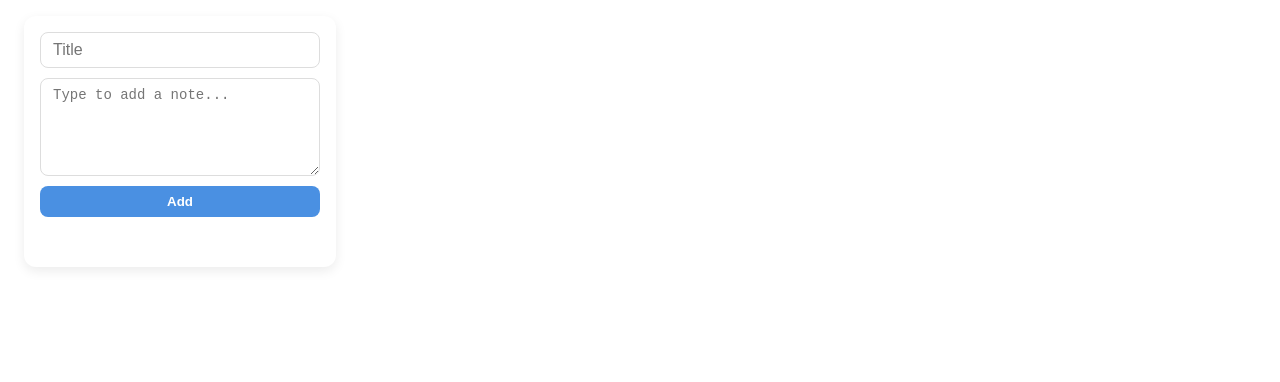
Repository: AJANI2005/Notes-App
Page: /
An editor plug-in stored every save of this project. The page is shown before and after the next save, followed by the edit.
The browser window is 1280 px wide. The pictures show the whole page.
The project was rebuilt for these pictures with package versions that can differ from the ones it lists, and the page was loaded fresh each time. Also part of the build but not shown: vite.config.ts, src/style/dialogbox.css, src/DialogBox.tsx.

Above is the page before, as saved 2025-07-31 18:19:54.

After the next save:
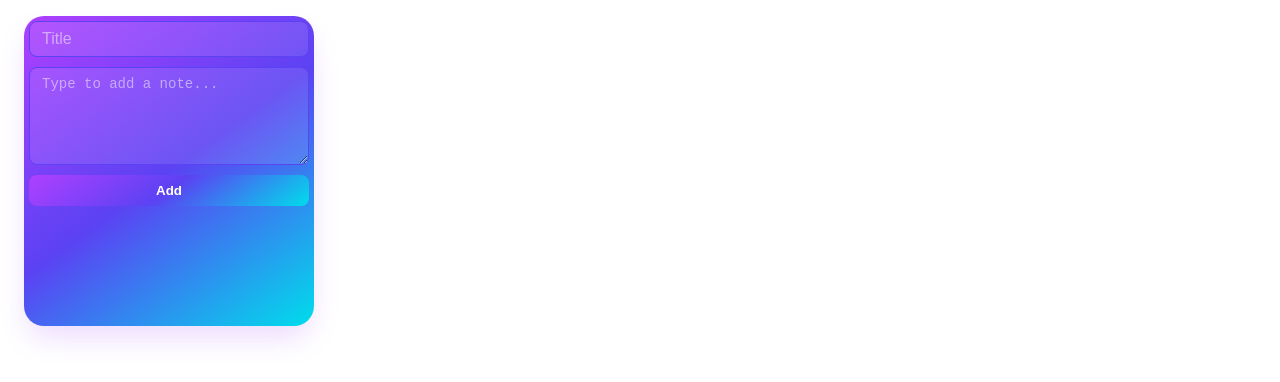
Saved 4 min 46 s later.
--- a/src/style/note.css
+++ b/src/style/note.css
@@ -1,85 +1,110 @@
-/* Container Form */
+/* Outer Note Card - gradient like .card */
 .note {
   display: flex;
   flex-direction: column;
   gap: 10px;
+  padding: 5px; /* leave room for inner card content */
+  width: 280px;
+  height: 300px; /* optional fixed height for card-like look */
+  border-radius: 20px;
+  background-image: linear-gradient(144deg, #AF40FF, #5B42F3 50%, #00DDEB);
+  box-shadow: rgba(151, 65, 252, 0.2) 0 15px 30px -5px;
+  position: relative;
+  margin: 16px;
+  transition: transform 0.2s ease;
+}
+
+.note:hover {
+  transform: translateY(-3px);
+}
+
+/* Inner dark content like .card__content */
+.note-content {
+  background: rgb(5, 6, 45); /* dark inner content */
+  border-radius: 17px;
+  flex: 1;
   padding: 16px;
-  padding-bottom: 50px; /* Extra space for deleteBtn */
-  width: 280px;
-  background-color: #ffffff;
-  border-radius: 12px;
-  box-shadow: 0 4px 12px rgba(0, 0, 0, 0.08);
-  transition: box-shadow 0.2s ease;
-  margin: 16px;
+  display: flex;
+  flex-direction: column;
+  gap: 10px;
+  padding-bottom: 50px; /* make space for delete/edit buttons */
+  color: white;
   position: relative;
 }
 
-.note:hover {
-  box-shadow: 0 6px 16px rgba(0, 0, 0, 0.12);
-}
-
-/* Text input for note name */
+/* Title input */
 .note-title-input {
   padding: 8px 12px;
   font-size: 16px;
   font-weight: 500;
-  border: 1px solid #ddd;
   border-radius: 8px;
+  border: 1px solid #5B42F3;
+  background: rgba(255,255,255,0.1);
+  color: white;
   outline: none;
-  transition: border-color 0.2s;
+  transition: 0.2s;
+}
+
+.note-title-input::placeholder {
+  color: rgba(255,255,255,0.5);
 }
 
 .note-title-input:focus {
-  border-color: #4a90e2;
+  border-color: #00DDEB;
 }
 
-/* Textarea for note content */
+/* Textarea input */
 .note-input {
   min-height: 80px;
   resize: vertical;
   padding: 8px 12px;
   font-size: 14px;
-  border: 1px solid #ddd;
   border-radius: 8px;
+  border: 1px solid #5B42F3;
+  background: rgba(255,255,255,0.1);
+  color: white;
   outline: none;
-  transition: border-color 0.2s;
+  transition: 0.2s;
+}
+
+.note-input::placeholder {
+  color: rgba(255,255,255,0.5);
 }
 
 .note-input:focus {
-  border-color: #4a90e2;
+  border-color: #00DDEB;
 }
 
-/* Add Button */
+/* Add Button - matches gradient theme */
 .addBtn {
-  background-color: #4a90e2;
+  background-image: linear-gradient(144deg, #AF40FF, #5B42F3 50%, #00DDEB);
   color: white;
   border: none;
   padding: 8px 12px;
   border-radius: 8px;
   font-weight: 600;
   cursor: pointer;
-  transition: background-color 0.2s ease;
+  transition: transform 0.2s ease;
 }
 
 .addBtn:hover {
-  background-color: #357abd;
+  transform: scale(1.05);
 }
 
+/* Delete and Edit Buttons */
 .deleteBtn,
 .editBtn {
   position: absolute;
   bottom: 12px;
-
   border: none;
   padding: 6px 10px;
   font-size: 14px;
   border-radius: 6px;
   cursor: pointer;
-  transition: background-color 0.2s ease;
   color: white;
+  transition: transform 0.2s ease, background-color 0.2s ease;
 }
 
-/* Delete button styles */
 .deleteBtn {
   left: 12px;
   background-color: #ff6b6b;
@@ -87,42 +112,41 @@
 
 .deleteBtn:hover {
   background-color: #e63946;
+  transform: scale(1.05);
 }
 
-/* Edit button styles */
 .editBtn {
-  left: 55px; /* sits next to deleteBtn with some gap */
-  background-color: #4ff10f; /* yellow/gold for edit */
-  color: #333; /* dark text for contrast */
+  left: 65px;
+  background-color: #4ff10f;
+  color: #111;
 }
 
 .editBtn:hover {
-  background-color: #49d611
+  background-color: #49d611;
+  transform: scale(1.05);
 }
-
-
 
 /* Title of the note */
 .note-title {
   font-size: 18px;
   font-weight: 600;
-  color: #333;
+  color: white;
   margin-bottom: 8px;
 }
 
 /* Text content of the note */
 .note-text {
   font-size: 14px;
-  color: #555;
+  color: rgba(255,255,255,0.85);
   line-height: 1.5;
-  white-space: pre-wrap; /* show \n as line breaks */
+  white-space: pre-wrap; /* respect \n */
 }
 
-/* Container for all notes */
+/* Grid for all notes */
 .notes-grid {
   display: grid;
-  grid-template-columns: repeat(auto-fill, minmax(250px, 1fr)); /* Responsive columns */
-  gap: 16px; /* Space between notes */
+  grid-template-columns: repeat(auto-fill, minmax(250px, 1fr));
+  gap: 16px;
   padding: 20px;
-  justify-items: center; /* Center notes in their column */
+  justify-items: center;
 }
